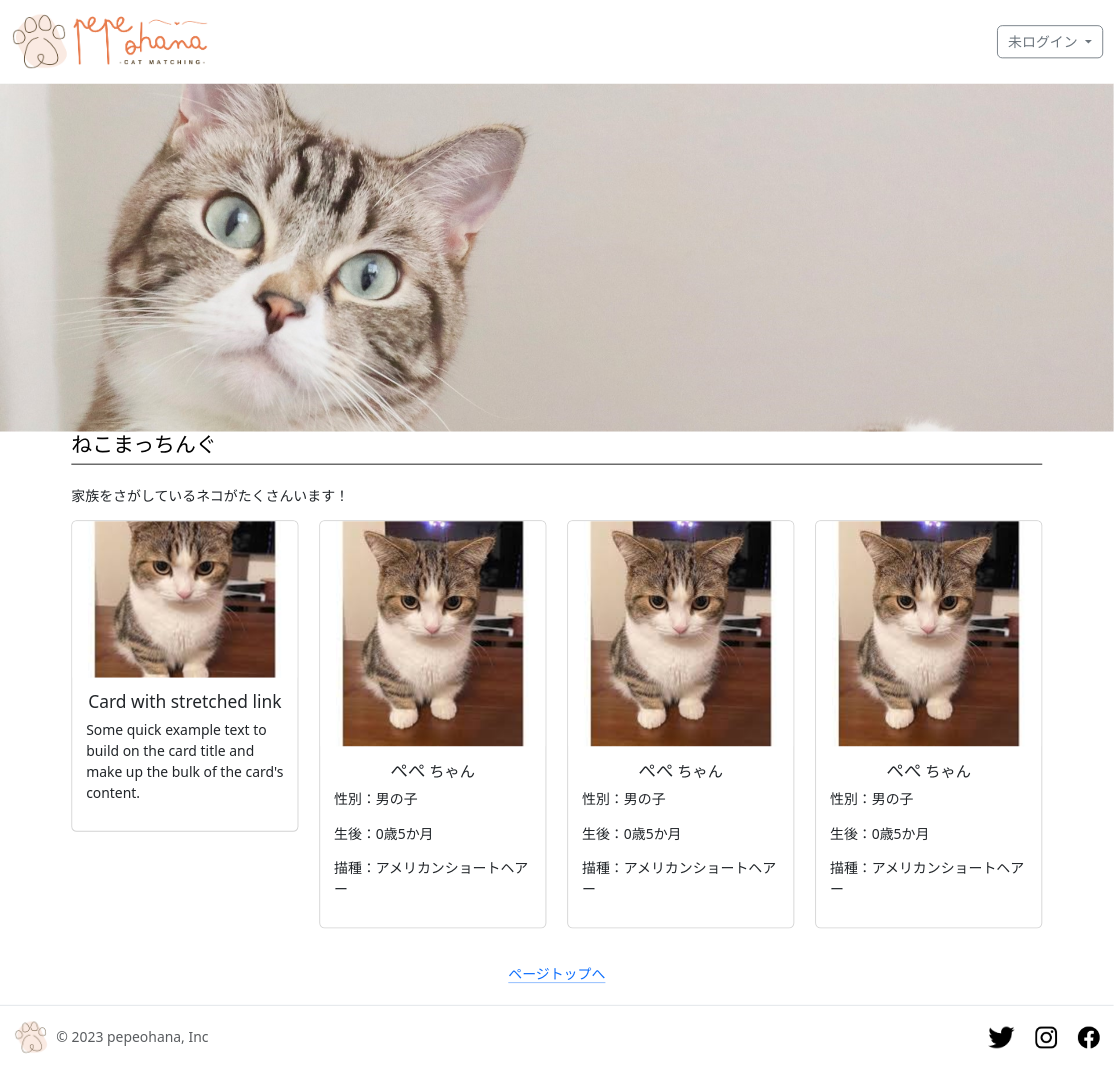
Repository: sakuwell/pepe
Page: http://localhost/PepeOhana/top.jsp
An editor plug-in stored every save of this project. The page is shown before and after the next save, followed by the edit.
The browser window is 1280 px wide. The pictures show the whole page, at 87% of full size.
The page is served by Tomcat 9. Other server files are loaded and not shown.

Above is the page before, as saved 2023-09-06 03:09:01.

### ExWorkSpace/PepeOhana/src/main/webapp/top.jsp
<%@ page language="java" contentType="text/html; charset=UTF-8"
    pageEncoding="UTF-8"%>
<%@ page import="model.UsersInfoDto" %>

<!DOCTYPE html>
<html lang="ja">
<head>
    <meta charset="UTF-8">
    <meta name="viewport" content="width=device-width, initial-scale=1.0">
    <!-- Bootstrap CSS -->
    <link href="https://cdn.jsdelivr.net/npm/bootstrap@5.3.0/dist/css/bootstrap.min.css" rel="stylesheet" integrity="sha384-9ndCyUaIbzAi2FUVXJi0CjmCapSmO7SnpJef0486qhLnuZ2cdeRhO02iuK6FUUVM" crossorigin="anonymous">
    <script src="https://cdn.jsdelivr.net/npm/bootstrap@5.3.0/dist/js/bootstrap.bundle.min.js" integrity="sha384-geWF76RCwLtnZ8qwWowPQNguL3RmwHVBC9FhGdlKrxdiJJigb/j/68SIy3Te4Bkz" crossorigin="anonymous"></script>
    <title>Top | pepeohana</title>
</head>

<%
    // セッションを取得
	UsersInfoDto userInfoOnSession = (UsersInfoDto)session.getAttribute("LOGIN_INFO");
	boolean isLoggedIn = false;
	String userName = "";
	//HttpSession mysession = request.getSession(true);

    // セッションが存在し、username属性もセットされている場合はログイン済み
    if (userInfoOnSession != null) {
		userName = userInfoOnSession.getUserName();
        isLoggedIn = true;
    }
%>

<body>
	<% if (isLoggedIn) { %>
    <!-- ログイン済ヘッダー -->
    <nav class="navbar navbar-expand-lg navbar-light bg-white">
        <div class="container-fluid">
            <a class="navbar-brand" href="#">
                <img src="images/pepe_ohana_logo.png" alt="ページロゴ" width="auto" height="70">
            </a>
            <div class="btn-group">
                <button type="button" class="btn btn-secondary dropdown-toggle" data-bs-toggle="dropdown" aria-expanded="false">
                    userName
                </button>
                <ul class="dropdown-menu dropdown-menu-end">
                    <li><a class="dropdown-item" href="<%=request.getContextPath()%>/ExeMyPage">マイページ</a></li>
                    <li><a class="dropdown-item" href="<%=request.getContextPath()%>/ExeLogout">ログアウト</a></li>
                </ul>
            </div>
        </div>
    </nav>
    <!-- ログイン済ヘッダーここまで -->
    <% } else { %>
    <!-- 未ログインヘッダー -->
    <nav class="navbar navbar-expand-lg navbar-light bg-white">
    	<div class="container-fluid">
        	<a class="navbar-brand" href="#">
          		<img src="images/pepe_ohana_logo.png" alt="ページロゴ" width="auto" height="70">
          	</a>
         	<div class="btn-group">
            	<button type="button" class="btn btn-outline-secondary dropdown-toggle" data-bs-toggle="dropdown" aria-expanded="false">
             		 未ログイン
            	</button>
            	<ul class="dropdown-menu dropdown-menu-end">
              		<li><a class="dropdown-item" href="WEB-INF/view/Login.jsp">ログイン</a></li>
              		<li><a class="dropdown-item" href="view/registUser.jsp">新規ユーザー登録</a></li>
            	</ul>
          	</div>
        </div>
    </nav>
    <!-- 未ログインヘッダーここまで -->
    <% } %>


    <!-- ヒーロー画像 -->
    <img  src="images/hero_1.jpg"  alt="top画像" style="max-height:400px; width:100%; object-fit: cover;">

    <!-- ここから下　ページごとの内容 -->
    <div>
        <!-- 検索フォームゾーン -->
        <div class="container">
            <div class="h4 pb-2 mb-4 text-black border-bottom border-black">
                ねこまっちんぐ
            </div>
                <p>家族をさがしているネコがたくさんいます！</p>
            <!-- 猫カード -->
            <div class="row">
 				<!-- カードのコンテンツ -->
               <!-- カードのコンテンツ -->
               <div class="col-6 col-md-4 col-lg-3">
                    <div class="card mb-3">
                        <img src="images/cat_1.jpg" style="height:180px; width: 100%; object-fit: cover;" class="card-img-top" alt="猫画像">
                        <div class="card-body">
                            <h5 class="card-title text-center">Card with stretched link</h5>
                            <p class="card-text text-right">Some quick example text to build on the card title and make up the bulk of the card's content.</p>
                            <div class="d-flex justify-content-center">
                                <a href="#" class="stretched-link"></a>
                            </div>
                        </div>
                    </div>
                </div>
 				<!-- カードのコンテンツ -->
                <div class="col-6 col-md-4 col-lg-3">
                    <div class="card mb-3">
                        <img src="images/ねこ_1.jpg" class="card-img-top" alt="猫画像" style="width:100%">
                        <div class="card-body">
                            <h5 class="card-title text-center">ぺぺ<small> ちゃん</small></h5>
                            <p class="card-text text-right">性別：男の子</p>
                            <p class="card-text text-right">生後：0歳5か月</p>
                            <p class="card-text text-right">描種：アメリカンショートヘアー</p>
                            <div class="d-flex justify-content-center">
                                <a href="#" class="stretched-link"></a>
                            </div>
                        </div>
                    </div>
                </div>
				<!-- カードのコンテンツ -->
                <div class="col-6 col-md-4 col-lg-3">
                    <div class="card mb-3">
                        <img src="images/ねこ_1.jpg" class="card-img-top" alt="猫画像" style="width:100%">
                        <div class="card-body">
                            <h5 class="card-title text-center">ぺぺ<small> ちゃん</small></h5>
                            <p class="card-text text-right">性別：男の子</p>
                            <p class="card-text text-right">生後：0歳5か月</p>
                            <p class="card-text text-right">描種：アメリカンショートヘアー</p>
                            <div class="d-flex justify-content-center">
                                <a href="#" class="stretched-link"></a>
                            </div>
                        </div>
                    </div>
                </div>
                <!-- カードのコンテンツ -->
                <div class="col-6 col-md-4 col-lg-3">
                    <div class="card mb-3">
                        <img src="images/ねこ_1.jpg" class="card-img-top" alt="猫画像" style="width:100%">
                        <div class="card-body">
                            <h5 class="card-title text-center">ぺぺ<small> ちゃん</small></h5>
                            <p class="card-text text-right">性別：男の子</p>
                            <p class="card-text text-right">生後：0歳5か月</p>
                            <p class="card-text text-right">描種：アメリカンショートヘアー</p>
                            <div class="d-flex justify-content-center">
                                <a href="#" class="stretched-link"></a>
                            </div>
                        </div>
                    </div>
                </div>
            </div>
        </div>
    </div>
    <!-- ここまで　ページごとの内容 -->

    <!-- フッター -->
    <div class="text-center mt-4">
        <a class="icon-link icon-link-hover" href="#">
            ページトップへ
        </a>
	</div>
	<footer class="d-flex flex-wrap justify-content-between align-items-center py-3 my-4 border-top">
    	<div class="col-md-4 d-flex align-items-center ms-3">
        	<a href="#" class="mb-3 me-2 mb-md-0"><img alt="ロゴ画像" src="images/nikukyu_logo.png" width="auto" height="40"></a>
          	<span class="mb-3 mb-md-0 text-body-secondary">© 2023 pepeohana, Inc</span>
        </div>
        <ul class="nav col-md-4 justify-content-end list-unstyled d-flex me-3">
            <li><a href="#"><img src=images/twitter_logo.png width="auto" height="25"></a></li>
            <li class="ms-4"><a href="#"><img src=images/insta_logo.png width="auto" height="25"></a></li>
            <li class="ms-4"><a href="#"><img src=images/facebook_logo.png width="auto" height="25"></a></li>
        </ul>
	</footer>
    <!-- フッター　ここまで -->

</body>
</html>

After the next save:
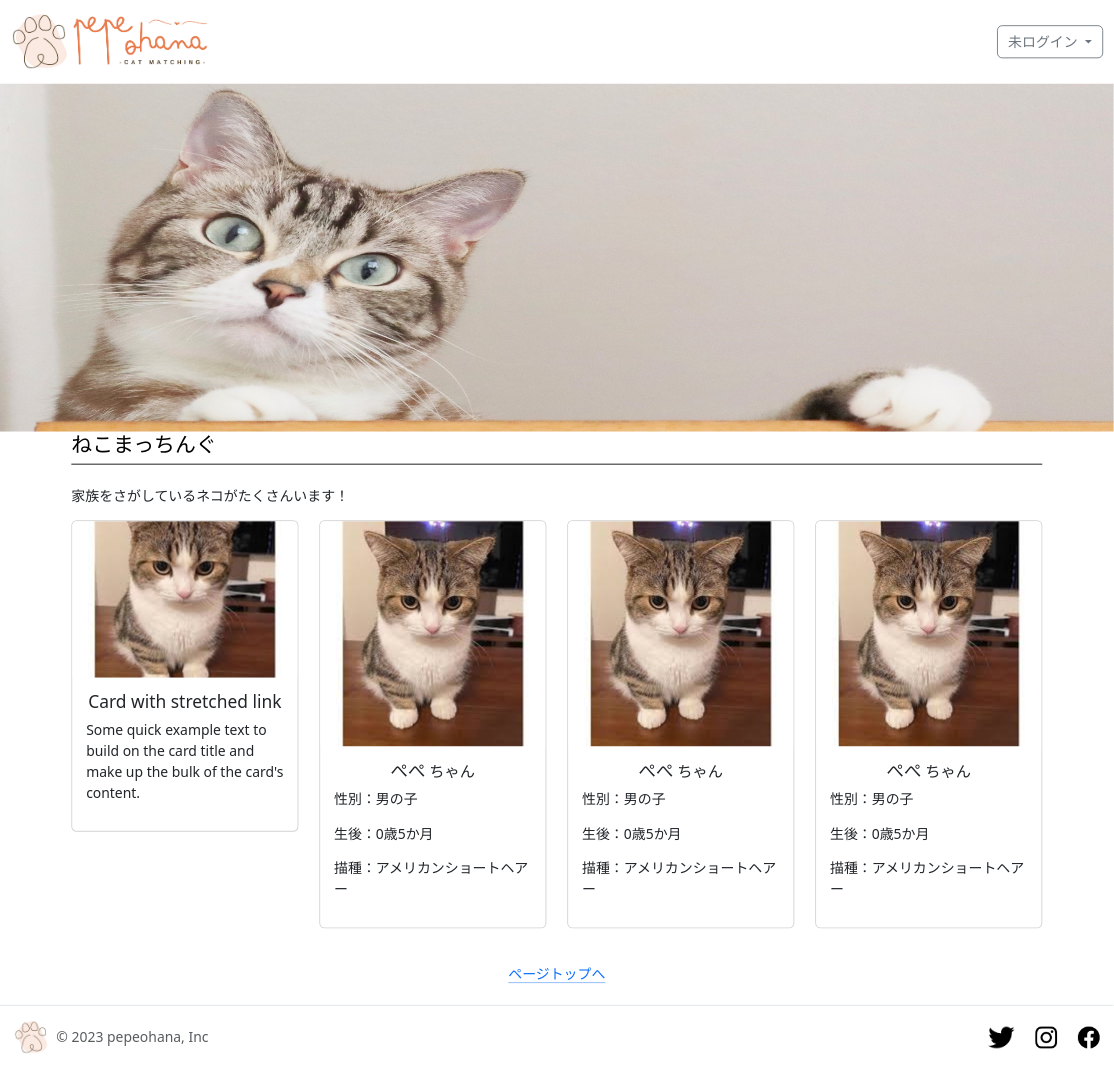
Saved 32 s later.
--- a/ExWorkSpace/PepeOhana/src/main/webapp/top.jsp
+++ b/ExWorkSpace/PepeOhana/src/main/webapp/top.jsp
@@ -70,7 +70,7 @@
 
 
     <!-- ヒーロー画像 -->
-    <img  src="images/hero_1.jpg"  alt="top画像" style="max-height:400px; width:100%; object-fit: cover;">
+    <img class="img-fluid" src="images/hero_1.jpg"  alt="top画像" style="max-height:400px; width:100%;">
 
     <!-- ここから下　ページごとの内容 -->
     <div>

After the save that followed:
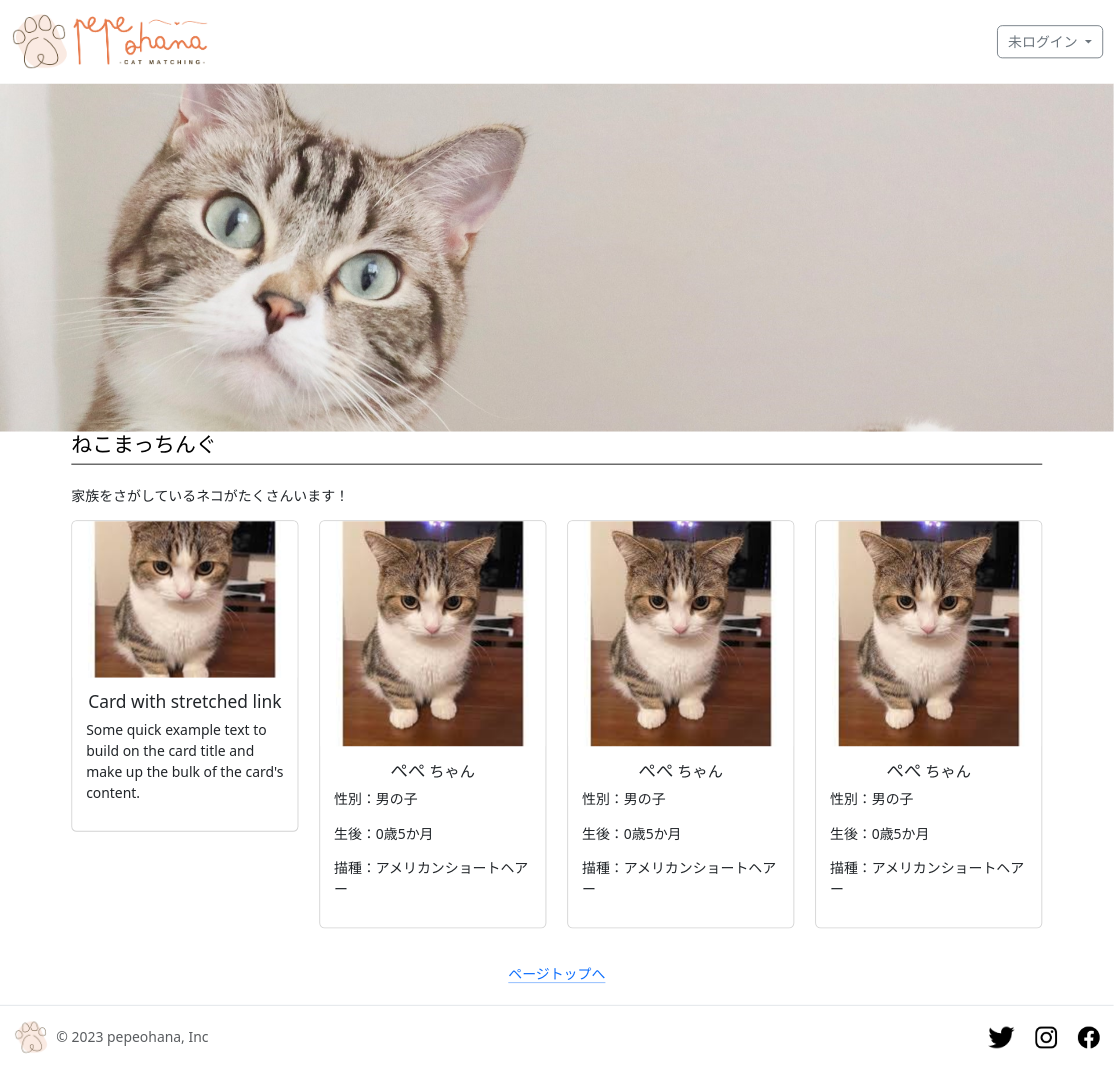
Saved 18 s later.
--- a/ExWorkSpace/PepeOhana/src/main/webapp/top.jsp
+++ b/ExWorkSpace/PepeOhana/src/main/webapp/top.jsp
@@ -70,7 +70,7 @@
 
 
     <!-- ヒーロー画像 -->
-    <img class="img-fluid" src="images/hero_1.jpg"  alt="top画像" style="max-height:400px; width:100%;">
+    <img class="img-fluid" src="images/hero_1.jpg"  alt="top画像" style="max-height:400px; width:100%; object-fit: cover;">
 
     <!-- ここから下　ページごとの内容 -->
     <div>
